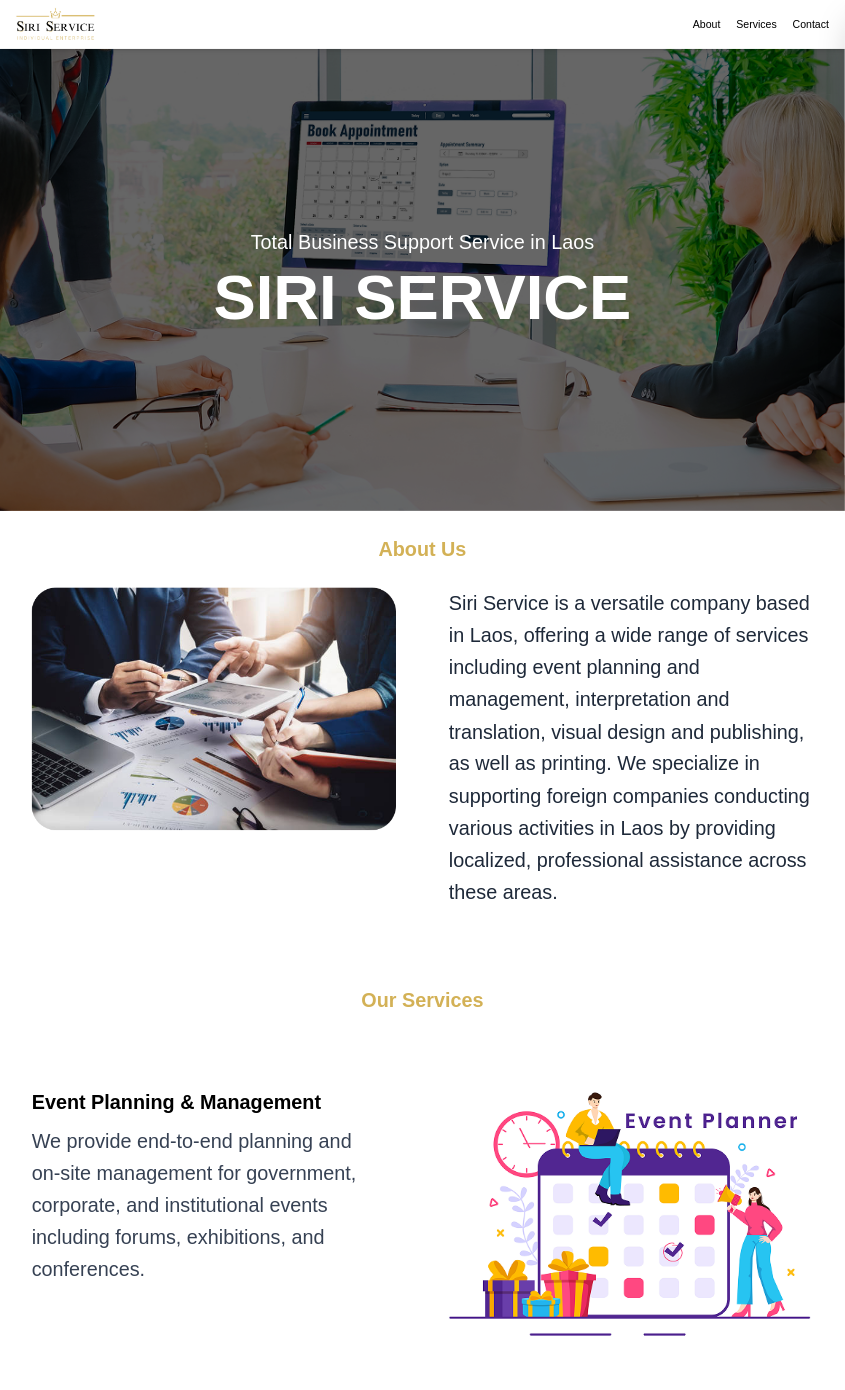
Repository: Phailin-teamplate/siri-service-web
Page: /
The author's editor kept a copy of each file at every save. The page is drawn from the files as they stood at one save, then again after the next save.
The browser window is 1280 px wide. The pictures show the whole page, at 66% of full size.
The project was rebuilt for these pictures with package versions that can differ from the ones it lists, and the page was loaded fresh each time. The framework's server and built-in components were replaced by stand-ins that run in the browser. Also part of the build but not shown: next.config.ts.

Above is the page before, as saved 2025-07-02 14:55:29.

### src/app/layout.tsx
"use client";

import React, { useState, useEffect } from "react";
import { ArrowUpIcon } from "@heroicons/react/24/solid"; // Importing the arrow icon
// import { Geist, Geist_Mono } from "next/font/google";
// import { Inter, Noto_Sans_Lao } from "next/font/google";
import "./globals.css";
import Navbar from "@/src/components/navbar";

// const inter = Inter({ subsets: ["latin"] });
// const notoSansLao = Noto_Sans_Lao({ subsets: ["lao"] });

// const geistSans = Geist({
//   variable: "--font-geist-sans",
//   subsets: ["latin"],
// });
// const geistMono = Geist_Mono({
//   variable: "--font-geist-mono",
//   subsets: ["latin"],
// });

export default function RootLayout({
  children,
}: Readonly<{
  children: React.ReactNode;
}>) {
  const [isVisible, setIsVisible] = useState(false);

  // Detect scroll position and show button when scrolling down
  const handleScroll = () => {
    if (window.scrollY > 300) {
      setIsVisible(true);
    } else {
      setIsVisible(false);
    }
  };

  useEffect(() => {
    window.addEventListener("scroll", handleScroll);
    return () => {
      window.removeEventListener("scroll", handleScroll);
    };
  }, []);

  const scrollToTop = () => {
    window.scrollTo({ top: 0, behavior: "smooth" });
  };

  return (
    <html lang="en">
      {/* <body
        className={`${geistSans.variable} ${geistMono.variable} ${inter.className}  ${notoSansLao.className} antialiased`}
      > */}
      <body className="bg-white">
        <Navbar />
        {children}
        {/* <Footer /> */}

        {/* Popup Button with Icon for Scrolling to Top */}
        {isVisible && (
          <button
            onClick={scrollToTop}
            className="fixed bottom-2 right-5 md:bottom-5 md:right-10 bg-blue-500 text-white p-2 md:p-4 rounded-full shadow-lg hover:bg-blue-600 focus:outline-none transition-transform transform hover:scale-110"
          >
            {/* Heroicon Arrow Up Icon */}
            <ArrowUpIcon className="h-5 w-5 md:h-6 md:w-6" />
          </button>
        )}
      </body>
    </html>
  );
}

### src/app/page.tsx
import React from "react";
import Homepage from "@/src/components/Homepage";
import About from "@/src/components/About";
import Service from "@/src/components/Service";

export const metadata = {
  title: "About | TEAMPLATE",
  description:
    "Learn about TEAMPLATE — our story, mission, team, and values that drive our innovation.",
  keywords: ["teamplate", "about", "our story", "mission", "values", "team"],
  openGraph: {
    title: "About | TEAMPLATE",
    description:
      "Discover TEAMPLATE's story, mission, and the people behind our success.",
    url: "https://yourdomain.com/about",
    siteName: "TEAMPLATE",
    images: [
      {
        url: "https://yourdomain.com/images/about-og.jpg", // ✅ Replace with actual path
        width: 1200,
        height: 630,
        alt: "About TEAMPLATE",
      },
    ],
    locale: "en_US",
    type: "website",
  },
};

export default function Home() {
  return (
    <section className="w-full" id="about">
      <Homepage/>
      <About/>
      <Service/>
    </section>
  );
}

### src/components/navbar.tsx
import { useState, useCallback, useEffect } from "react";
import Image from "next/image";
import { Menu, X } from "lucide-react";
import Logo from "@/public/logo/Siri Service.png";

export default function Navbar() {
  const [isOpen, setIsOpen] = useState(false);

  // Function for smooth scrolling
  const handleSmoothScroll = useCallback((targetId: string) => {
    setIsOpen(false); // Close the sidebar

    if (targetId === "/") {
      window.scrollTo({ top: 0, behavior: "smooth" });
    } else {
      const targetElement = document.querySelector(targetId);
      if (targetElement) {
        targetElement.scrollIntoView({ behavior: "smooth" });
      }
    }
  }, []);

  const [isScrolled, setIsScrolled] = useState(false);

  // Detect scroll to change navbar background
  useEffect(() => {
    const handleScroll = () => {
      const scrollTop = window.scrollY;
      setIsScrolled(scrollTop > 10); // Trigger when scrolled 10px
    };

    window.addEventListener("scroll", handleScroll);

    return () => window.removeEventListener("scroll", handleScroll);
  }, []);

  return (
    <div className="w-full sticky top-0 z-50 bg-white shadow-md">
      <nav className="flex items-center justify-between px-6 py-3">
        {/* Logo */}
        <button
          onClick={() => handleSmoothScroll("/")}
          className="p-0 border-none bg-transparent active:opacity-80"
        >
          <Image
            className="w-20 sm:w-20 md:w-30 lg:w-30 xl:w-30 2xl:w-30 h-auto"
            src={Logo}
            alt="Appstore"
            priority
          />
        </button>

        {/* Desktop Links */}
        <div className="hidden md:flex gap-6">
          <button
            onClick={() => handleSmoothScroll("#about")}
            className="hover:text-blue-600 hover:underline transition-colors text-black duration-200 cursor-pointer"
          >
            About
          </button>
          <button
            onClick={() => handleSmoothScroll("#services")}
            className="hover:text-blue-600 hover:underline transition-colors text-black duration-200 cursor-pointer"
          >
            Services
          </button>
          <button
            onClick={() => handleSmoothScroll("#contact")}
            className="hover:text-blue-600 hover:underline transition-colors text-black duration-200 cursor-pointer"
          >
            Contact
          </button>
        </div>

        {/* Mobile Menu Button */}
        <button
          className="md:hidden focus:outline-none"
          onClick={() => setIsOpen(!isOpen)}
          aria-label="Toggle Menu"
        >
          {isOpen ? <X size={28} /> : <Menu size={28} />}
        </button>
      </nav>

      {/* Overlay (Closes menu when clicked) */}
      {isOpen && (
        <div
          className="fixed inset-0 z-40"
          onClick={() => setIsOpen(false)}
        ></div>
      )}

      {/* Mobile Sidebar */}
      <div
        className={`fixed top-0 right-0 h-full w-64 bg-white shadow-2xl p-6 flex flex-col transition-transform ${
          isOpen ? "translate-x-0" : "translate-x-full"
        } duration-300 ease-in-out z-50`}
      >
        {/* Sidebar Header */}
        <div className="flex justify-between items-center pb-4 mt-1">
          <h3 className="text-black text-2xl font-semibold">Menu</h3>
          <button
            className="text-black text-3xl font-bold focus:outline-none"
            onClick={() => setIsOpen(false)}
            aria-label="Close Menu"
          >
            <X size={28} />
          </button>
        </div>

        {/* Sidebar Links */}
        <div className="flex flex-col items-start gap-4 pb-4">
          <button
            onClick={() => handleSmoothScroll("#about")}
            className="hover:text-blue-600 hover:underline transition-colors duration-200 cursor-pointer"
          >
            About
          </button>
          <button
            onClick={() => handleSmoothScroll("#services")}
            className="hover:text-blue-600 hover:underline transition-colors duration-200 cursor-pointer"
          >
            Services
          </button>
          <button
            onClick={() => handleSmoothScroll("#contact")}
            className="hover:text-blue-600 hover:underline transition-colors duration-200 cursor-pointer"
          >
            Contact
          </button>
        </div>
      </div>
    </div>
  );
}

### src/components/Homepage.tsx
import Image from "next/image";
import BgSiri from "@/public/bg-siri.png";
import type { Metadata } from "next";

export const metadata: Metadata = {
  title: "SiriService | About Us",
  description: "We are a Laos-based IT startup aiming for the global market.",
};

export default function Homepage() {
  return (
    <div className="flex flex-col ">
      <div className="flex justify-center">
        <div className="relative w-full h-[400px] xs:h-[600px] sm:h-[650px] md:h-[700px] lg:h-[700px]">
          {/* Background Image */}
          <Image src={BgSiri} alt="StartUp" fill className="object-cover" />

          {/* Gradient Overlay */}
          <div className="absolute inset-0 bg-black/60 z-10" />

          {/* Centered Content */}
          <div className="absolute inset-0 z-20 flex flex-col items-center justify-center text-center px-4">
            <div className="mb-4 sm:mb-4">
              <p className="text-white text-sm xs:text-base sm:text-xl md:text-3xl font-medium">
                Total Business Support Service in Laos
              </p>
            </div>
            <h1 className="text-white text-4xl xs:text-5xl sm:text-6xl md:text-7xl lg:text-8xl font-bold">
              SIRI SERVICE
            </h1>
          </div>
        </div>
      </div>


    </div>
  );
}

### src/components/About.tsx
"use client";

import Image from "next/image";
import AboutSV from "@/public/About.png";
import type { Metadata } from "next";

export const metadata: Metadata = {
  title: "Teamplate",
  description: "We are a Laos-based IT startup aiming for the global market.",
};

export default function About() {
  return (
    <div className="w-full bg-white px-6 md:px-12 py-10" id="about">
      {/* Section Title */}
      <div className="text-center flex justify-center md:text-left mb-10">
        <h2 className="text-2xl md:text-3xl font-extrabold text-[#D3B156]">
          About Us
        </h2>
      </div>

      {/* Content: Image + Text */}
      <div className="flex flex-col md:flex-row items-start justify-center gap-12 md:gap-20">
  {/* Image */}
  <div className="w-full max-w-[660px] ">
    <Image
      src={AboutSV}
      alt="About"
    width={500}
            height={300}
      className="object-cover w-full h-auto rounded-xl"
      priority
    />
  </div>

  {/* Text */}
  <div className="w-full max-w-[720px] text-center md:text-left">
    <p className="text-3xl font-medium leading-relaxed text-gray-800">
      Siri Service is a versatile company based in Laos, offering a wide range of
      services including event planning and management, interpretation and
      translation, visual design and publishing, as well as printing. We specialize
      in supporting foreign companies conducting various activities in Laos by
      providing localized, professional assistance across these areas.
    </p>
  </div>
</div>

    </div>
  );
}

### src/components/Service.tsx
"use client";

import Image from "next/image";
import AboutSV from "@/public/About.png";
import type { Metadata } from "next";
import Service1 from "@/public/service/service1.png";

export const metadata: Metadata = {
  title: "Teamplate",
  description: "We are a Laos-based IT startup aiming for the global market.",
};

export default function Service() {
  return (
    <div className="w-full bg-white px-6 md:px-12 py-20" id="service">
      {/* Section Title */}
      <div className="text-center flex justify-center md:text-left mb-30">
        <h2 className="text-2xl md:text-3xl font-extrabold text-[#D3B156]">
          Our Services
        </h2>
      </div>

      {/* Content: Image + Text */}
      <div className="flex flex-col md:flex-row items-start justify-center gap-12 md:gap-20">
        {/* Text */}
        <div className="w-full max-w-[720px] text-center md:text-left">
          <h1 className="text-black text-4xl sm:text-3xl font-semibold mb-4">
            Event Planning & Management
          </h1>
          <p className="text-gray-700 text-3xl font-medium leading-relaxed">
            We provide end-to-end planning and <br />
            on-site management for government,
            <br />
            corporate, and institutional events
            <br />
            including forums, exhibitions, and
            <br />
            conferences.
          </p>
        </div>
        {/* Image */}
        <div className="w-full max-w-[570px] ">
          <Image
            src={Service1}
            alt="Service1"
            width={512}
            height={340}
            className="object-cover w-full h-auto rounded-xl"
            priority
          />
        </div>
      </div>
    </div>
  );
}

Loaded but not shown: src/app/globals.css (common file)

After the next save:
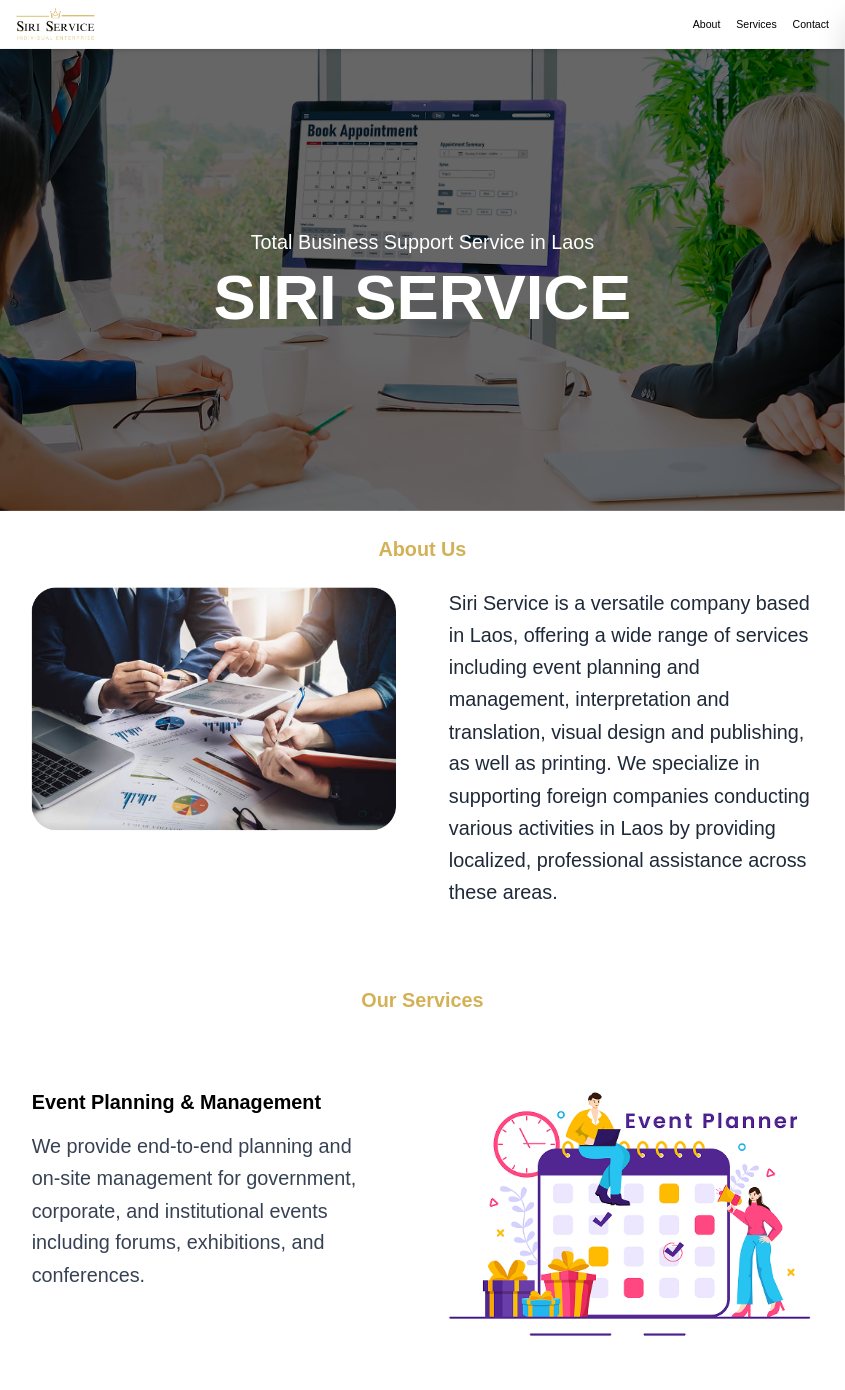
Saved 5 s later.
--- a/src/components/Service.tsx
+++ b/src/components/Service.tsx
@@ -24,7 +24,7 @@
       <div className="flex flex-col md:flex-row items-start justify-center gap-12 md:gap-20">
         {/* Text */}
         <div className="w-full max-w-[720px] text-center md:text-left">
-          <h1 className="text-black text-4xl sm:text-3xl font-semibold mb-4">
+          <h1 className="text-black text-4xl sm:text-3xl font-semibold mb-6">
             Event Planning & Management
           </h1>
           <p className="text-gray-700 text-3xl font-medium leading-relaxed">
